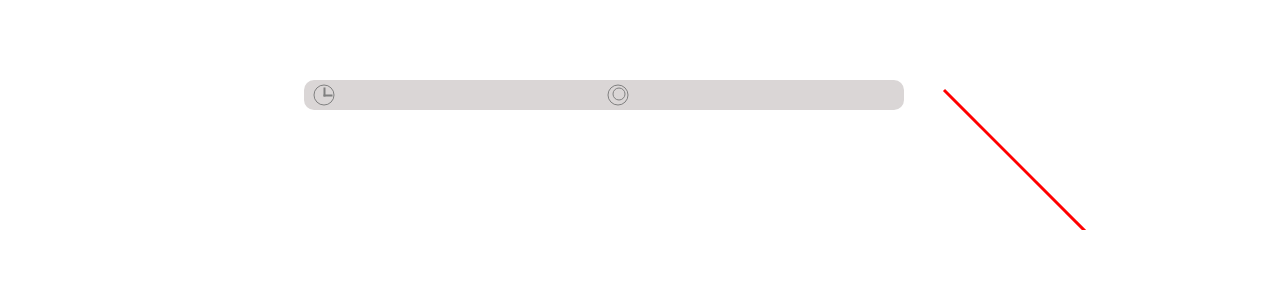
Repository: Gaj123-coder/emoji-search-app
Page: /
These files come from the project's save history. The page is drawn as it stood at one moment and after a run of saves; the edit follows.
The browser window is 1280 px wide. The pictures show the whole page.
The project was rebuilt for these pictures with package versions that can differ from the ones it lists, and the page was loaded fresh each time.

Above is the page before, as saved 2021-10-30 19:31:17.

### public/index.html
<!DOCTYPE html>
<html>
    <head>
        <title>Emoji Search</title>
        <meta charset="UTF-8">
        <meta name="author" content="Gajanan C Hegde">
        <meta name="description" content="A simple emoji search app using React JS">
        <meta name="view-port" content="width=device-width,initial-scale=1">
        <meta property="og:title" content="emoji">
        <meta property="og:description" content="An emoji searh app">
        <meta property="og:url" content="http://www.emojis..com">
        <meta property="og:image" content="https://seeklogo.com/images/S/smile-with-glasses-emoji-logo-0C5A7F9874-seeklogo.com.png">
        <meta property="twitter:title" content="Emoji Search">
        <meta property="twitter:image" content="https://seeklogo.com/images/S/smile-with-glasses-emoji-logo-0C5A7F9874-seeklogo.com.png">
        <meta property="twitter:description" content="A simple recat js emloji search app">
        <meta property="twitter:card" content="summary_large_page">
        <meta property="facebook:title" content="Emoji Search">
        <meta property="facebook:image" content="https://seeklogo.com/images/S/smile-with-glasses-emoji-logo-0C5A7F9874-seeklogo.com.png">
        <meta property="facebooks:description" content="A simple react app for emoji search">
        <meta proprty="facebook:url" content="https://www.emojis.com">
        <link rel="canonical" href="index.html"/>
    </head>
    <body>
        <div id="root"></div>
    </body>
</html>

### src/App.js
import './App.css';
import {sad1,worry1,angry1,happy1,smiley1,peace1,love1,joy1,laugh1,gift1,smile1,hands1,sports1,supper1,evil1,shy1,tasty1,confuse1,sleepy1} from "./Components/emotions";
function App() {
  return (
    <div className="dec">
      <div>
        <svg>
          <circle cx="20" cy="15" r="10px" stroke="grey" strokeWidth="1px" fill="rgb(218, 214, 214)"/>
          <rect x="20" y="8" width="1px" height="8px" stroke="grey" strokeWidth="1px" fill="rgb(218, 214, 214)"/>
          <rect x="20" y="15" width="8px" height="1px" stroke="grey" strokeWidth="1px" fill="rgb(218, 214, 214)"/>
        </svg>
      </div>
      <div>
        <svg>
          <circle cx="14" cy="15" r="10px" stroke="grey" strokeWidth="1px" fill="rgb(218, 214, 214)"/>
          <circle cx="15" cy="14" r="6px" stroke="grey" strokeWidth="1px" fill="rgb(218, 214, 214)"/>
        </svg>
      </div>
      <div>
       <svg>
         <path d="M40 10 q100 100 202 202 302 302" stroke="red" strokeWidth="3" fill="none"/>
       </svg>
      </div>
    </div>
  );
}

export default App;

### src/App.css
.dec{
  background-color: rgb(218, 214, 214);
  width:600px;
  height:30px;
  position: relative;
  left:19rem;
  border-radius:10px;
  top:5rem;
  display:flex;
  flex-direction:row;
  flex-wrap:nowrap;
}

.dec>div>svg{
  width:inherit;
  height:inherit;
}

### src/Components/emotions.js
const sad=["128524","128528",'128530',"128532","128542","128546","128549","128557"]
const worry=["128524","128529","128531","128532","128533","128543","128552","128553"]
const angry=["128520","128544","128545","128548","12855"]
const happy=["128512","128513","128514","128518","128522"]
const love=["128525","128535","128536","128537","128538"]
const joy=["128513","128517","128519","128521","128539","128540","128541"]
const laugh=["128513","128514","128518"]
const smile=["128512","128516"]
const gift=["127873","127891","127894","127874","127879","129395","127882","127876"]
const sports=["127939","127943","127947","","","","","","",""]
const hands=["128075","128588","129309","65039","128591","128077","129305","129304","128076","129306"]
const supper=["128526","128527"]
const peace=["128512","128515","128516","128519"]
const evil=["128520"]
const shy=["128522"]
const tasty=["128523"]
const confuse=["128534","128533","128550"]
const sleepy=["128554"]
const smiley=["128512","128513","128514","128515","128516","128517","128518","128519","128520","128521","128522","128523","128524","128525",
"128526","128527","128528","128529","128530","128531","128532","128533","128534","128535","128536","128537","128538","128539","128540"]

export const smiley1=smiley;
export const peace1=peace;
export const sad1=sad;
export const happy1=happy;
export const worry1=worry;
export const angry1=angry;
export const love1=love;
export const joy1=joy;
export const laugh1=laugh;
export const gift1=gift;
export const smile1=smile;
export const sports1=sports;
export const hands1=hands;
export const supper1=supper;
export const evil1=evil;
export const shy1=shy;
export const tasty1=tasty;
export const confuse1=confuse;
export const sleepy1=sleepy;

Loaded but not shown: src/index.js (common file); src/index.css (common file)

After the next 2 saves:
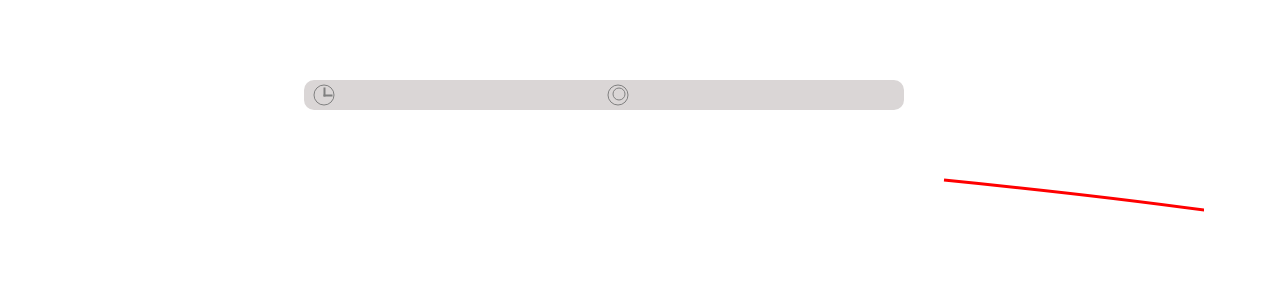
The 2 saves are shown as one change because they came seconds apart.
The last was saved 7 s later.
--- a/src/App.js
+++ b/src/App.js
@@ -18,7 +18,7 @@ function App() {
       </div>
       <div>
        <svg>
-         <path d="M40 10 q100 100 202 202 302 302" stroke="red" strokeWidth="3" fill="none"/>
+         <path d="M40 100 q1000 100 202 202 302 302" stroke="red" strokeWidth="3" fill="none"/>
        </svg>
       </div>
     </div>
